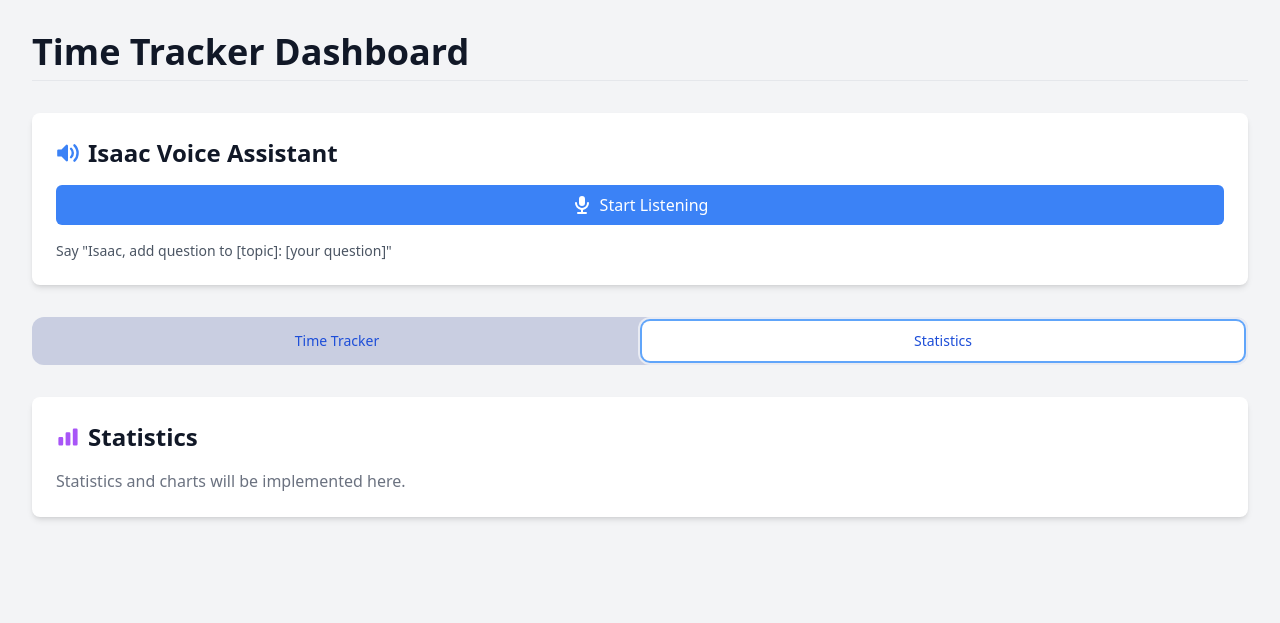
Repository: Mordecaied/Issac
Page: /, after clicking the first element matching `#headlessui-tabs-tab-\:r6\:`
These files come from the project's save history. The page is drawn as it stood at one moment and after the next save; the edit follows.
The browser window is 1280 px wide. The pictures show the whole page.
The project was rebuilt for these pictures with package versions that can differ from the ones it lists, and the page was loaded fresh each time.

Above is the page before, as saved 2024-08-04 17:57:08.

After the next save:
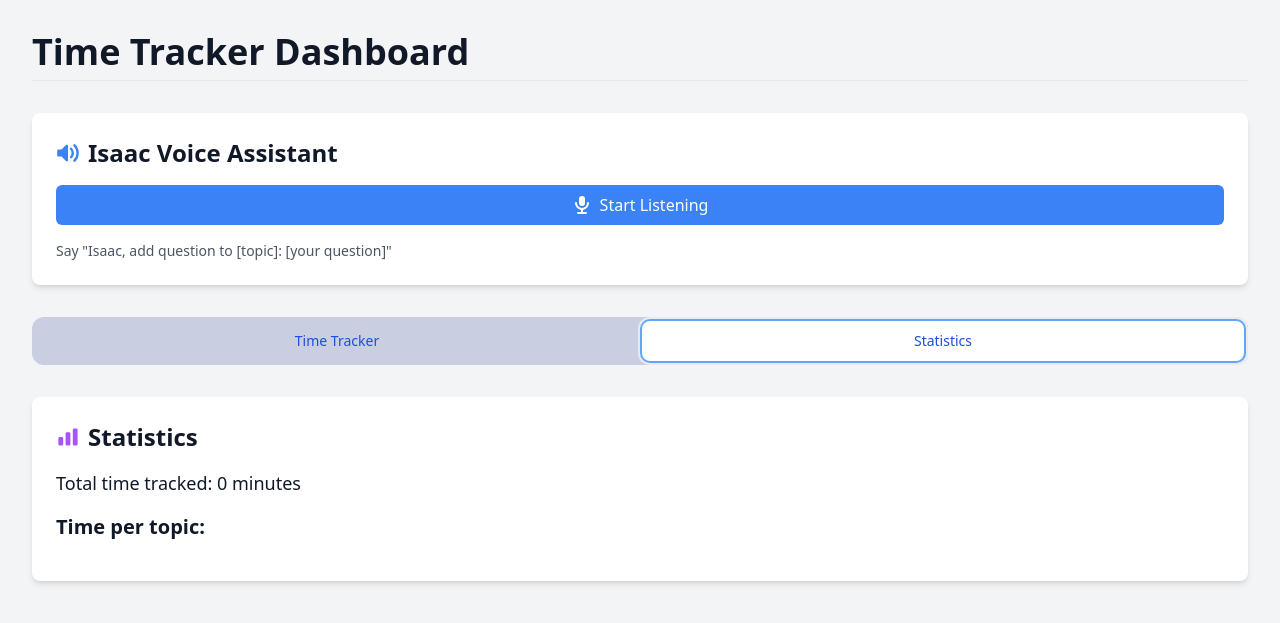
Saved 9 s later.
--- a/src/components/Statistics.tsx
+++ b/src/components/Statistics.tsx
@@ -1,16 +1,30 @@
 import React from 'react';
 import { ChartBarIcon } from '@heroicons/react/solid';
+import { useAppContext } from '../AppContext';
 
 const Statistics: React.FC = () => {
+  const { topics } = useAppContext();
+
+  const totalTime = topics.reduce((acc, topic) => acc + topic.duration, 0);
+
   return (
     <div className="bg-white dark:bg-gray-800 rounded-lg shadow-md p-6">
       <h2 className="text-2xl font-semibold mb-4 flex items-center">
         <ChartBarIcon className="h-6 w-6 mr-2 text-purple-500" />
         Statistics
       </h2>
-      <p className="text-gray-500 dark:text-gray-400">
-        Statistics and charts will be implemented here.
-      </p>
+      <div className="space-y-4">
+        <p className="text-lg">Total time tracked: {totalTime} minutes</p>
+        <h3 className="text-xl font-semibold">Time per topic:</h3>
+        <ul className="space-y-2">
+          {topics.map((topic) => (
+            <li key={topic.id} className="flex justify-between">
+              <span>{topic.name}</span>
+              <span>{topic.duration} minutes</span>
+            </li>
+          ))}
+        </ul>
+      </div>
     </div>
   );
 };
